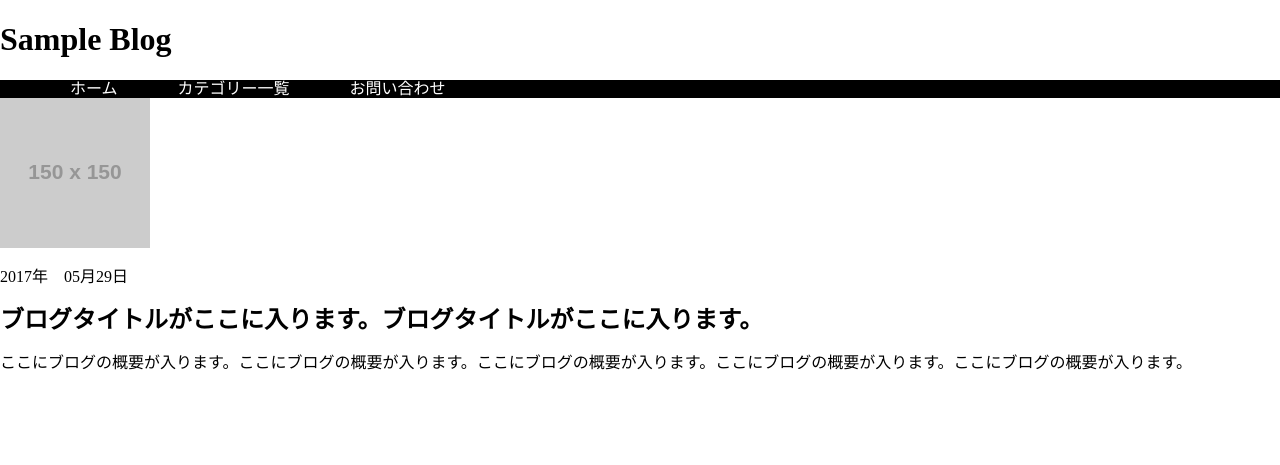
Repository: taka292/myview
Page: html/batty_coffee_stand/index.html
The author's editor kept a record of every edit. The page is drawn from the files as they stood at one moment, then again after the next edit.
The browser window is 1280 px wide. The pictures show the whole page.

Above is the page before.

### html/batty_coffee_stand/index.html
<!DOCTYPE HTML>
<html>
    <head>
        <meta charset="UTF-8">
         <title>Sample Blog</title>
        <link rel="stylesheet" href="css/normalize.css"/>
        <link rel="stylesheet" href="css/style.css"/>
    </head>
    <body>
   <header>
     <div class="title">
         <h1>Sample Blog</h1>
     </div>
     <div class="info">
         <ul>
             <li>ホーム</li>
             <li>カテゴリー一覧</li>
             <li>お問い合わせ</li>
         </ul>
     </div>
   </header>

   <main>
       <div class="left-contents">
           <div class="contents">
           <img src="https://placehold.jp/150x150.png">
           </div>
           <div class="contents">
               <div class="date">

                   <p>2017年　05月29日</p>
                </div>
               <h2>ブログタイトルがここに入ります。ブログタイトルがここに入ります。</h2>
               <div class="blog">
                   <p>ここにブログの概要が入ります。ここにブログの概要が入ります。ここにブログの概要が入ります。ここにブログの概要が入ります。ここにブログの概要が入ります。</p>
               </div>
            </div>
       </div>
   </main>
   <footer>

   </footer>
    </body>
</html>

### html/batty_coffee_stand/css/style.css
.header-logo {
  margin-left:auto;
  margin-right:auto;
  width:300px;
}
.info li{
  list-style-type:none;
  float:left;
  padding:0 30px;
  text-align:center;
}
.info {
  background-color:black;
  color:white;
  width
}

.info:after{
  clear:both;
  display:block;
  content:" ";
}

Loaded but not shown: html/batty_coffee_stand/css/normalize.css (library)

After the next edit:
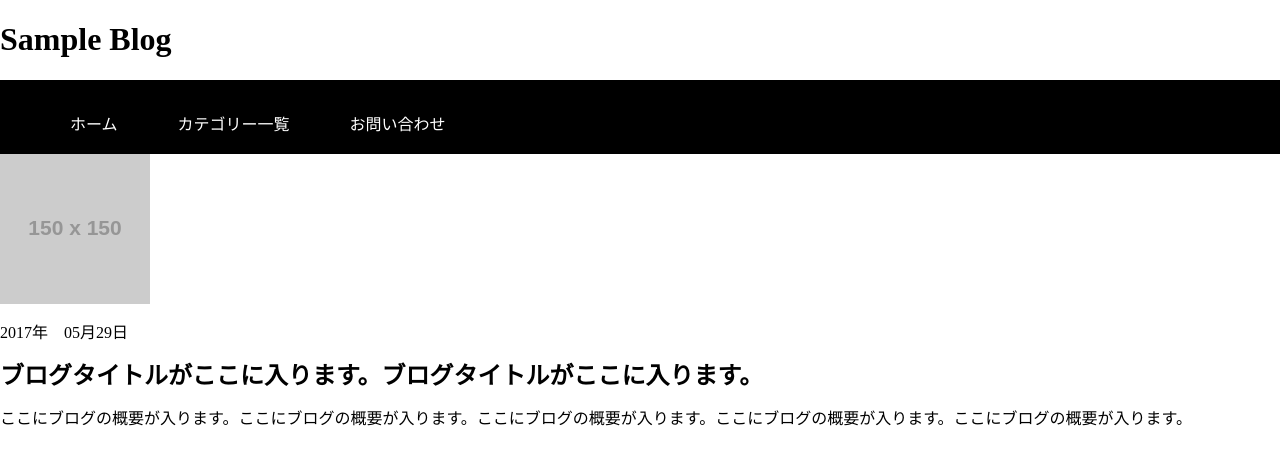
The edit:
--- a/html/batty_coffee_stand/css/style.css
+++ b/html/batty_coffee_stand/css/style.css
@@ -12,7 +12,7 @@
 .info {
   background-color:black;
   color:white;
-  width
+  padding:20px 0;
 }
 
 .info:after{
